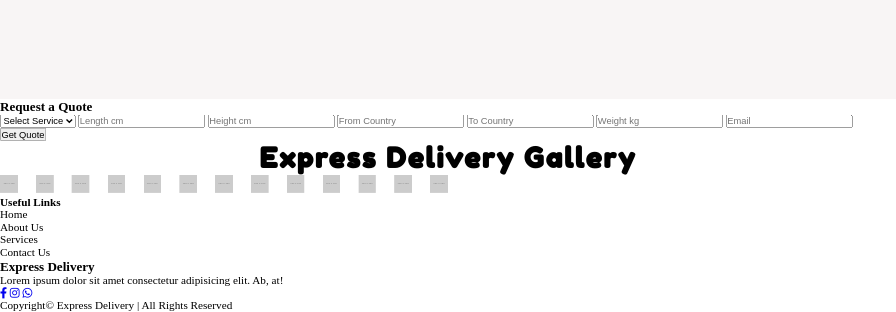
Repository: just-mann/express-delivery
Page: index.html
The author's editor kept a copy of each file at every save. The page is drawn from the files as they stood at one save, then again after the next save.
The browser window is 1280 px wide. The pictures show the part of the page from y = 1301 to 3221 px (the page is 1747 px tall before and 3369 px after), at 70% of full size.
The style sheet was rebuilt from its Sass, Less or Tailwind sources for each picture, by a compiler version that may differ from the author's.

Above is the page before, as saved 2021-06-30 15:05:59.

After the next save:
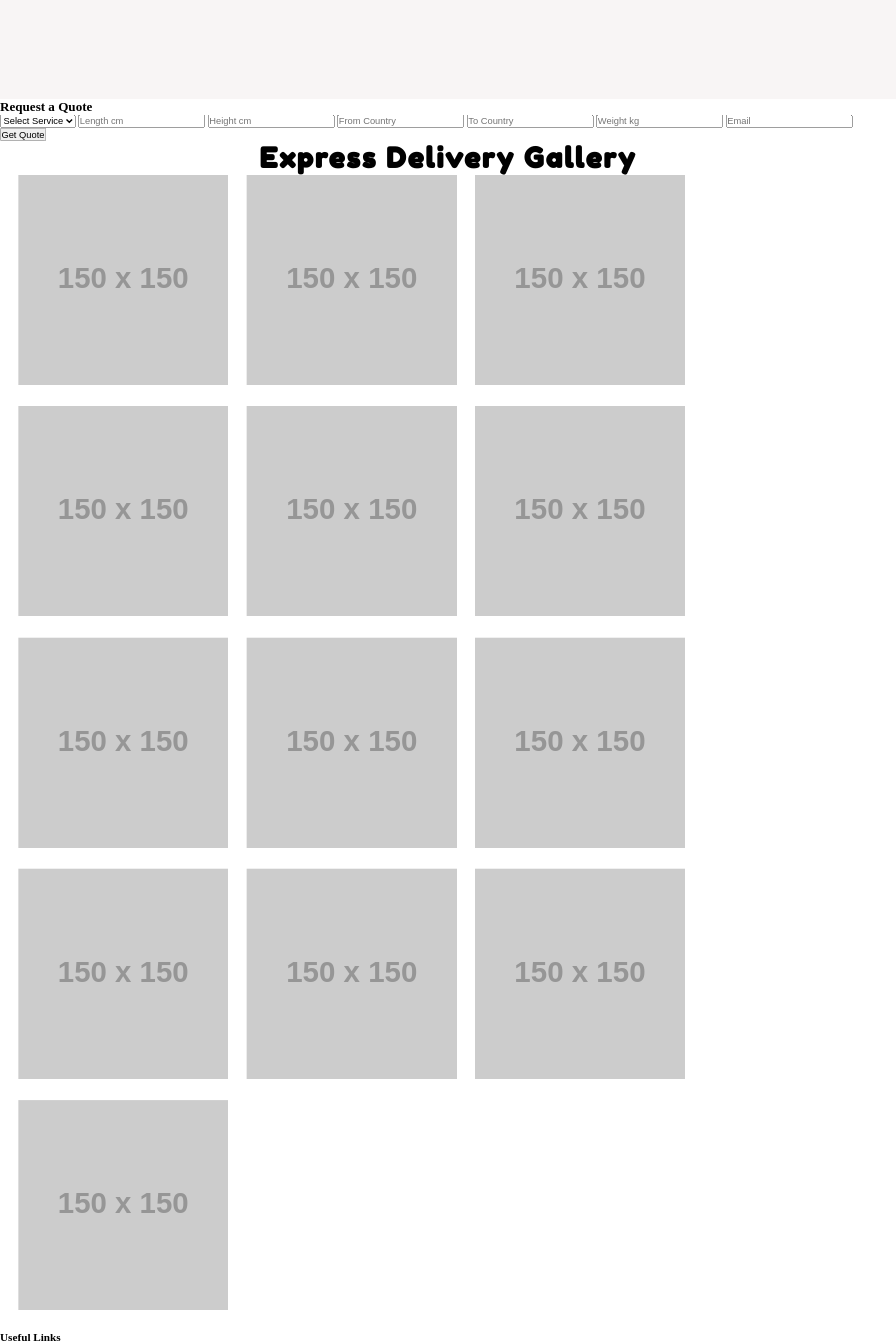
Saved 49 s later.
--- a/Sass/style.scss
+++ b/Sass/style.scss
@@ -235,10 +235,7 @@ header {
         // https://placehold.co/600x400
         float: left;
        li {
-           float: left;
-           width: 2%;
-           margin-right: 2%;
-
+           @include grid(4, 2%);
            img {
                width: 100%;
            }
